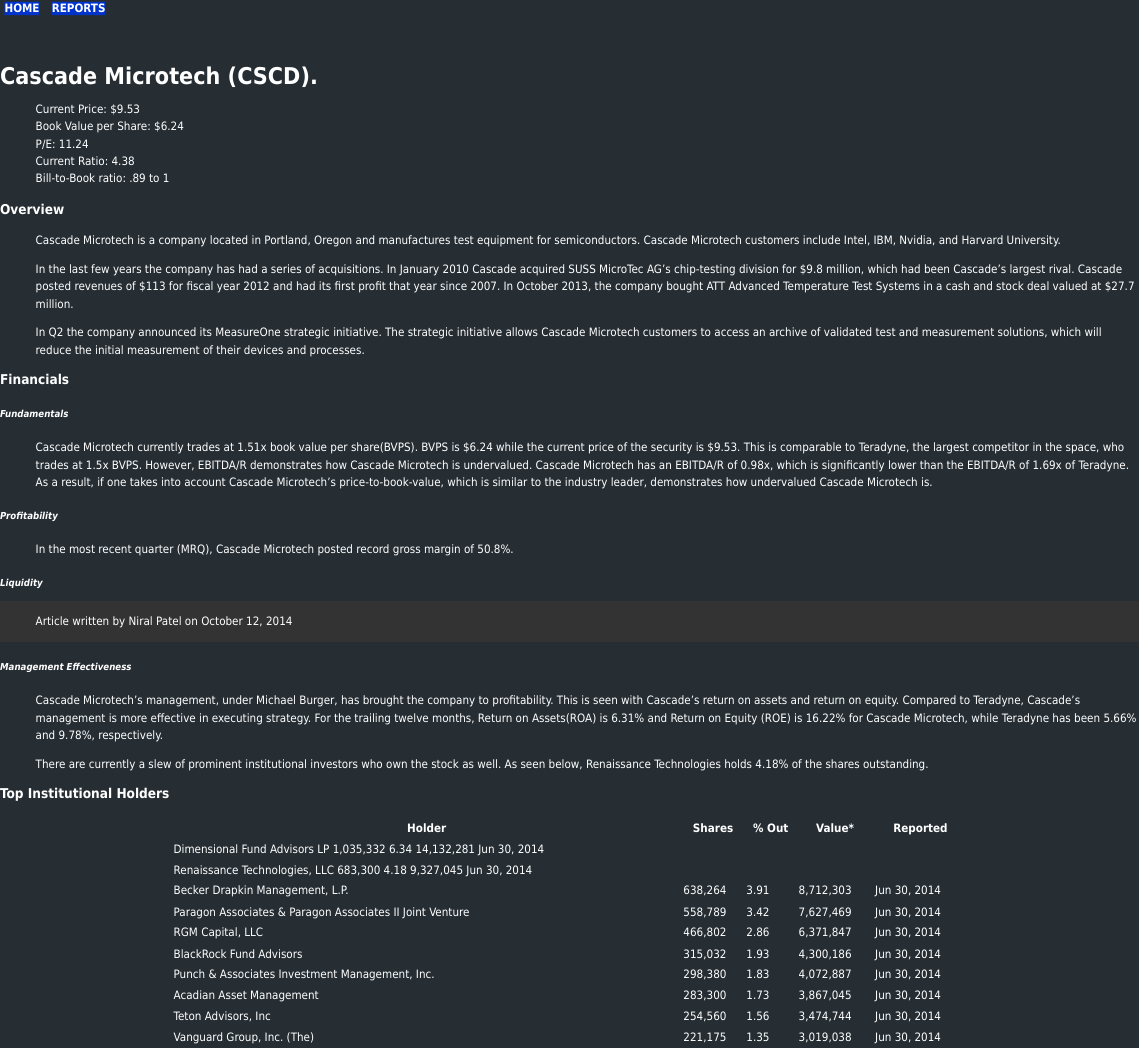
Repository: MilapNaik/Sharpereturns
Page: reports.html
The author's editor kept a record of every edit. The page is drawn from the files as they stood at one moment, then again after the next edit.
The browser window is 1280 px wide. The pictures show the whole page, at 89% of full size.

Above is the page before.

### reports.html
<!DOCTYPE html>
<html>
<head>
<meta charset="UTF-8">

	<title>Stock Reviews</title>

	<link rel="stylesheet" type="text/css" href="style.css"/>

	<!--[if lt IE 9]>
  	<script src="http://html5shiv.googlecode.com/svn/trunk/html5.js"></script>
  	<![endif]-->
</head>
<body>
	<nav>
	<ul>
		<li><a href="/index.html">Home</a></li>
		<li><a href="/reports.html">Reports</a></li>
	</ul>
	</nav>
	<br>
	<br>


	<h1>Cascade Microtech (CSCD).</h1>

	<p>
	Current Price: $9.53<br>
	Book Value per Share: $6.24<br>
	P/E: 11.24<br>
	Current Ratio: 4.38<br>
	Bill-to-Book ratio: .89 to 1<br>
	</p>

	<h3>Overview</h3>
	<p>
		Cascade Microtech is a company located in Portland, Oregon
	and manufactures test equipment for semiconductors. Cascade
	Microtech customers include Intel, IBM, Nvidia, and Harvard
	University.
	</p>

	<p>
	In the last few years the company has had a series of acquisitions.
	In January 2010 Cascade acquired SUSS MicroTec AG’s chip-testing
	division for $9.8 million, which had been Cascade’s largest rival.
	Cascade posted revenues of $113 for fiscal year 2012 and had its
	first profit that year since 2007. In October 2013, the company
	bought ATT Advanced Temperature Test Systems in a cash and stock deal
	valued at $27.7 million.
	</p>

	<p>
	In Q2 the company announced its MeasureOne strategic initiative.
	The strategic initiative allows Cascade Microtech customers to
	access an archive of validated test and measurement solutions,
	which will reduce the initial measurement of their devices and
	processes.
	</p>

	<h3>Financials</h3>

	<h5>Fundamentals</h5>
	<p>
	Cascade Microtech currently trades at 1.51x book value per
	share(BVPS). BVPS is $6.24 while the current price of the security
	is $9.53. This is comparable to Teradyne, the largest competitor
	in the space, who trades at 1.5x BVPS. However, EBITDA/R demonstrates
	how Cascade Microtech is undervalued. Cascade Microtech has an
	EBITDA/R of 0.98x, which is significantly lower than the EBITDA/R
	of 1.69x of Teradyne. As a result, if one takes into account
	Cascade Microtech’s price-to-book-value, which is similar to the
	industry leader, demonstrates how undervalued Cascade Microtech is.
	</p>

	<h5>Profitability </h5>
	<p>
	In the most recent quarter (MRQ), Cascade Microtech posted record
	gross margin of 50.8%.
	</p>

	<h5>Liquidity</h5>
	<p>
	According to the MRQ, Cascade Microtech boasts a current ratio of 4.38x.
	This is impressive as Cascade Microtech has boosted R&D expenditure.
	In addition, it is relatively higher when compared to Teradyne’s current
	ratio of 3.75x.
	</p>

	<h5>Management Effectiveness</h5>
	<p>
	Cascade Microtech’s management, under Michael Burger, has brought the
	company to profitability. This is seen with Cascade’s return on assets
	and return on equity. Compared to Teradyne, Cascade’s management is more
	effective in executing strategy. For the trailing twelve months, Return
	on Assets(ROA) is 6.31% and Return on Equity (ROE) is 16.22% for Cascade
	Microtech, while Teradyne has been 5.66% and 9.78%, respectively.
	</p>

	<p>
	There are currently a slew of prominent institutional investors who
	own the stock as well. As seen below, Renaissance Technologies holds
	4.18% of the shares outstanding.
	</p>

	<h3>Top Institutional Holders</h3>

<table id = "holders">
  	<th>
	Holder
	</th>
	<th>
	Shares
	</th>
	<th>
	% Out
	</th>
	<th>
	Value*
	</th>
	<th>
	Reported
	</th>
	<tr>
		<td>
		Dimensional Fund Advisors LP
		1,035,332
		6.34
		14,132,281
		Jun 30, 2014
	<tr>
		<td>
		Renaissance Technologies, LLC
		683,300
		4.18
		9,327,045
		Jun 30, 2014
	<tr>
		<td>Becker Drapkin Management, L.P.</td>
		<td>638,264</td>
		<td>3.91</td>
		<td>8,712,303</td>
		<td>Jun 30, 2014</td>
	</tr>
	<tr>
		<td>Paragon Associates & Paragon Associates II Joint Venture</td>
		<td>558,789</td>
		<td>3.42</td>
		<td>7,627,469</td>
		<td>Jun 30, 2014</td>
	</tr>
	<tr>
		<td>RGM Capital, LLC</td>
		<td>466,802</td>
		<td>2.86</td>
		<td>6,371,847</td>
		<td>Jun 30, 2014</td>
	</tr>
	<tr>
		<td>BlackRock Fund Advisors</td>
		<td>315,032</td>
		<td>1.93</td>
		<td>4,300,186</td>
		<td>Jun 30, 2014</td>
	</tr>
	<tr>
		<td>Punch & Associates Investment Management, Inc.</td>
		<td>298,380</td>
		<td>1.83</td>
		<td>4,072,887</td>
		<td>Jun 30, 2014</td>
	</tr>
	<tr>
		<td>Acadian Asset Management</td>
		<td>283,300</td>
		<td>1.73</td>
		<td>3,867,045</td>
		<td>Jun 30, 2014</td>
	</tr>
	<tr>
		<td>Teton Advisors, Inc</td>
		<td>254,560</td>
		<td>1.56</td>
		<td>3,474,744</td>
		<td>Jun 30, 2014</td>
	</tr>
	<tr>
		<td>Vanguard Group, Inc. (The)</td>
		<td>221,175</td>
		<td>1.35</td>
		<td>3,019,038</td>
		<td>Jun 30, 2014</td>
	</tr>
</table>


</body>
<footer>
	<p class="date">Article written by Niral Patel on October 12, 2014</p>
</footer>
</html>

### style.css
header, section, footer, aside, nav, main, article, figure {
    display: block;
}

body {
    margin: 0;
    padding: 0;
    color: #FFFFFF;
    font-family: Tahoma, Geneva, sans-serif;
    font-size: 13px;
    line-height: 1.5em;
    background-color: #262e34;

}
nav ul {
    margin:0;
    padding:0;

}
nav ul li {
    display:inline;
    margin:5px;

}

nav a:link, a:visited {
    /*display: block;*/
    width: 135px;
    font-weight: bold;
    color: #FFFFFF;
    background-color: #0033CC;
    text-align: center;
    padding: 0px;
    text-decoration: none;
    text-transform: uppercase;
}

h3{
   font-weight:bold;
}

h5{
   font-style: italic;
}

p{
    margin-left: 40px;
}

#holders {
width:70%;
margin-left:15%;
margin-right:15%;
}

footer {
    background-color: #333;
    width: 100%;
    bottom: 0;
    position: fixed;
}

.date{
    position: absoulte;
    right: 0px;
    bottom: 0px;
}

After the next edit:
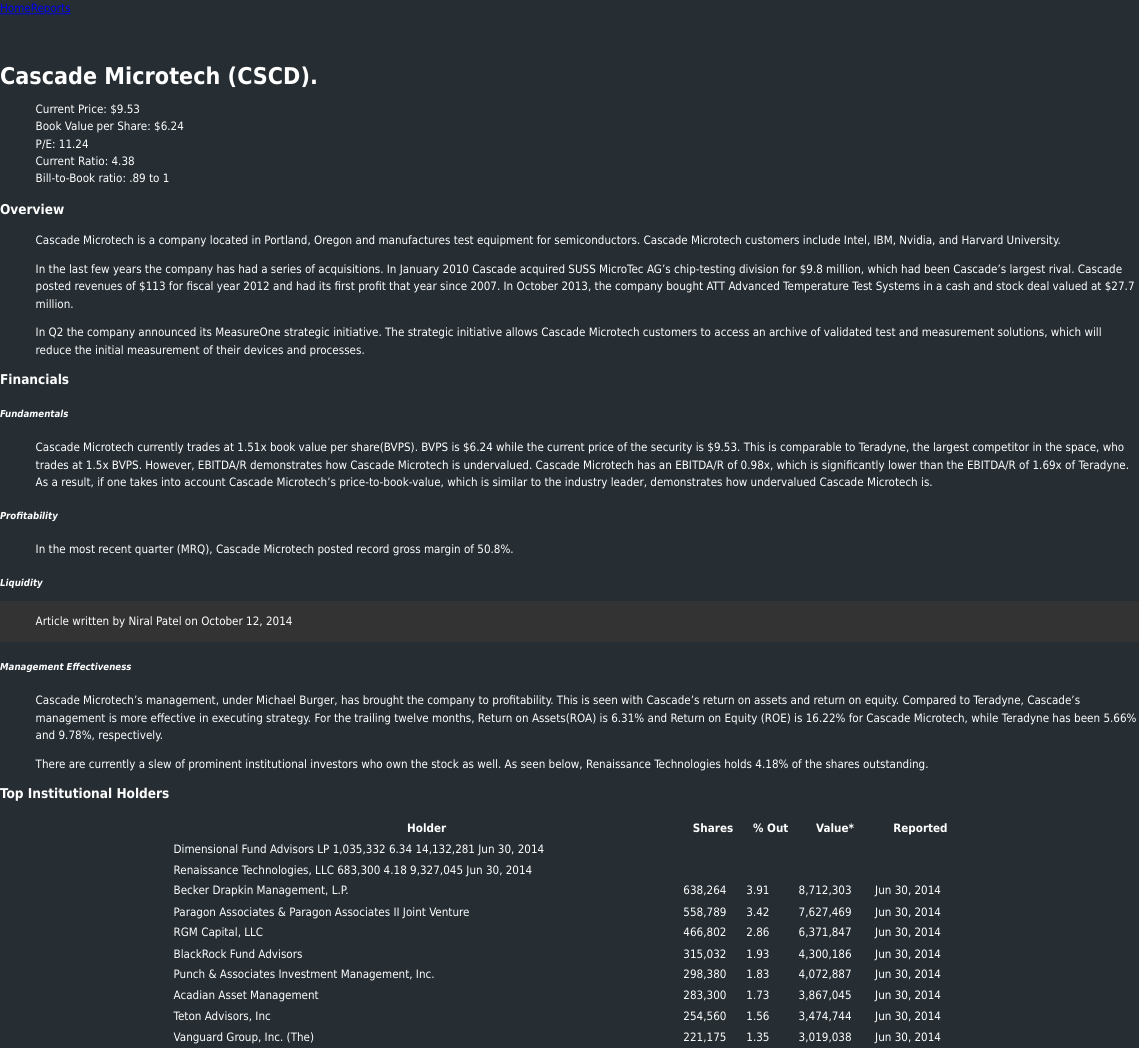
The edit:
--- a/style.css
+++ b/style.css
@@ -13,13 +13,18 @@
 
 }
 nav ul {
-    margin:0;
-    padding:0;
+    list-style-type: none;
+    margin: 0;
+    padding: 0;
+    overflow: hidden;
+    width: 900px;
 
 }
 nav ul li {
-    display:inline;
-    margin:5px;
+    list-style-type: none;
+    display: inline;
+    float: left;
+}
 
 }
 
